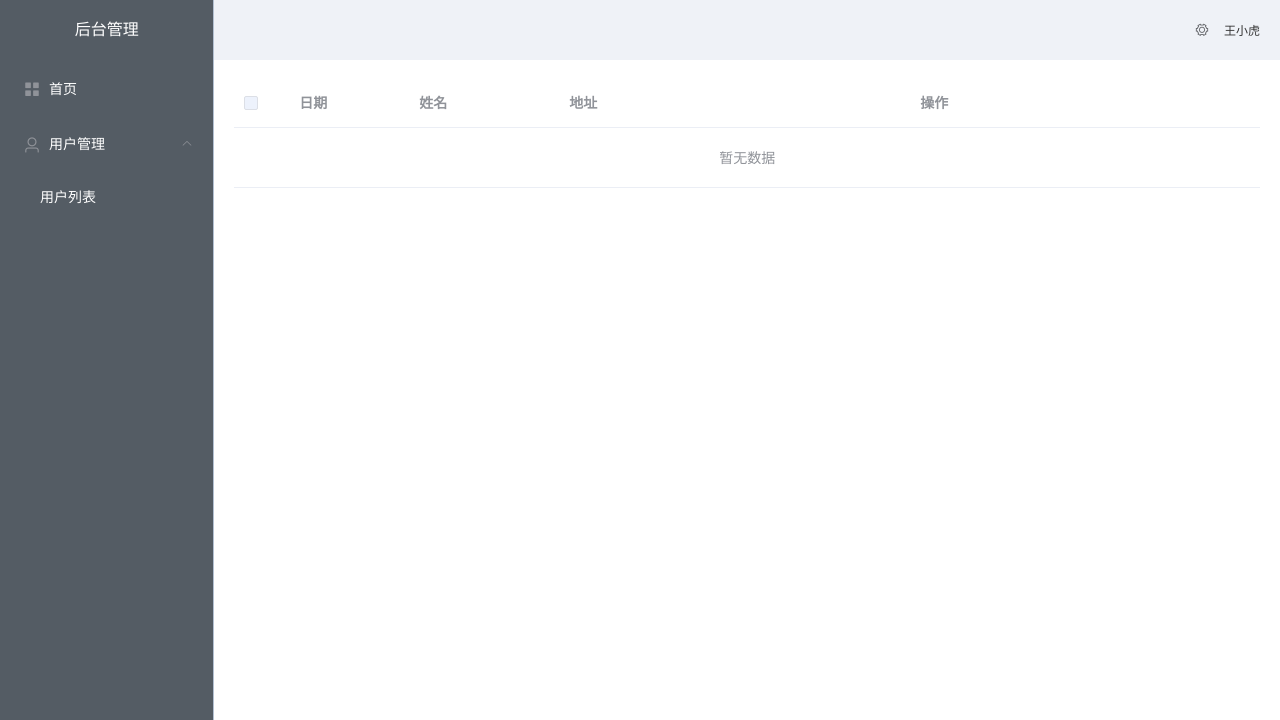
Repository: cmw520520/admin_vue
Page: /#/user/userlist
These files come from the project's save history. The page is drawn as it stood at one moment and after the next save; the edit follows.
The browser window is 1280 px wide. The pictures show the whole page.
The page's requests for data from a server got no answer. The project was rebuilt for these pictures with package versions that can differ from the ones it lists, and the page was loaded fresh each time. No one was signed in, and anything a server would have sent is missing. Also part of the build but not shown: src/page/home/Home.vue, example/Echart.vue.

Above is the page before, as saved 2019-07-03 09:55:36.

After the next save:
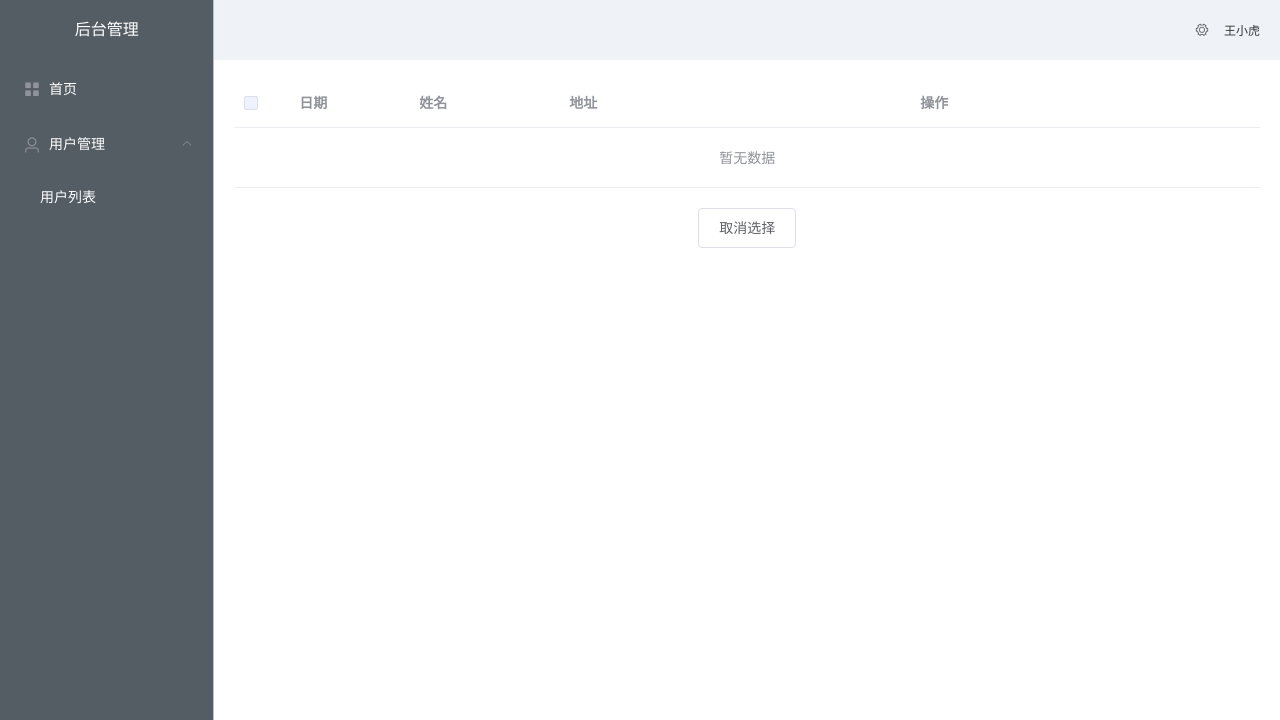
Saved 20 min 4 s later.
--- a/src/page/user/UserList.vue
+++ b/src/page/user/UserList.vue
@@ -40,6 +40,12 @@
             </template>
           </el-table-column>
         </el-table>
+
+        <div style="margin-top: 20px">
+          <!-- <el-button @click="setCurrent(tableData[1])">选中第二行</el-button> -->
+          <el-button @click="setCurrent()">取消选择</el-button>
+        </div>
+
       </el-col>
     </el-row>
 
@@ -57,7 +63,7 @@ export default {
     }
   },
   computed: {
-    ...mapState({
+    ...mapState({  // 将状态映射至vue组件上，使其可通过this访问
       userList: state => user.state.userList
     })
   },
@@ -67,6 +73,18 @@ export default {
   methods: {
     getUserList () {
       this.$store.dispatch('GETUSERLIST')
+    },
+    toggleSelection(rows) {
+      if (rows) {
+        rows.forEach(row => {
+          this.$refs.multipleTable.toggleRowSelection(row);
+        });
+      } else {
+        this.$refs.multipleTable.clearSelection();
+      }
+    },
+    handleSelectionChange(val) {
+      this.multipleSelection = val;
     }
   }
 }
